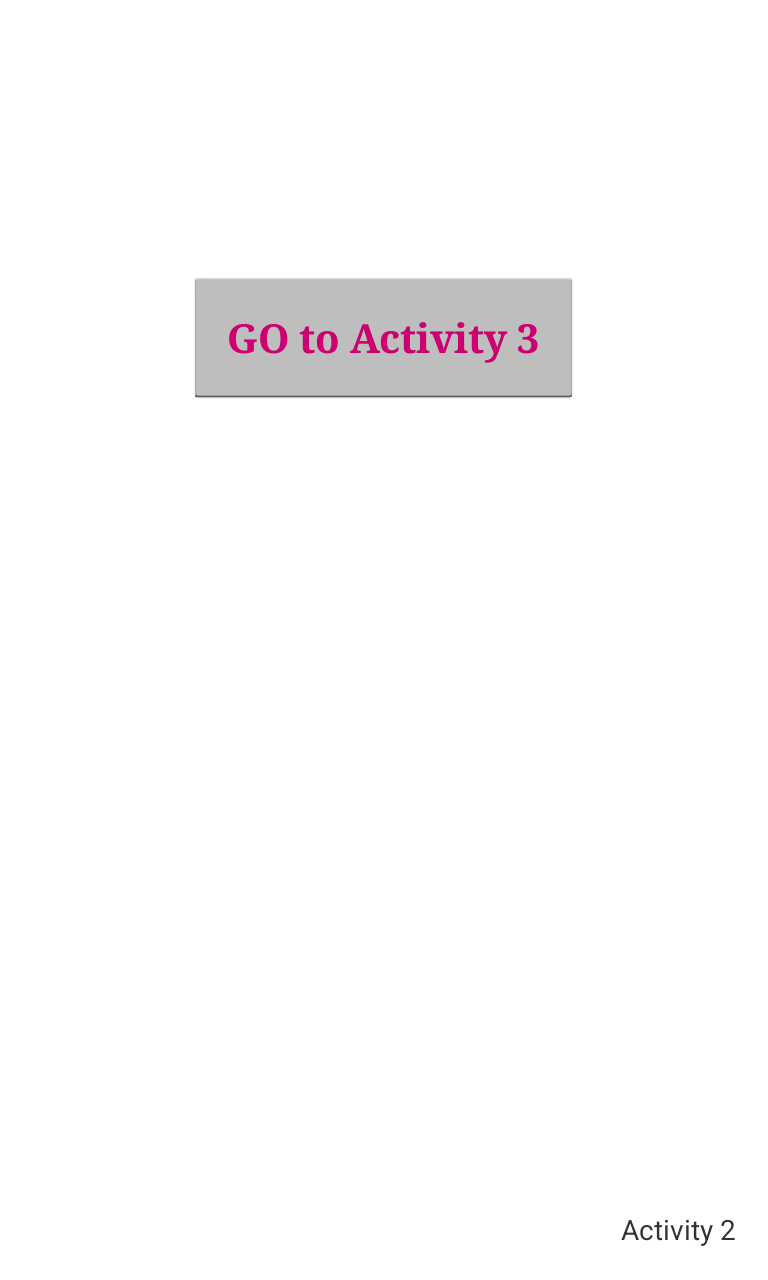
Repository: EnjoyWorkTrue/Spring2014
Layout: CMP464/Assignment3/res/layout/activity_activity2.xml
The author's editor kept a copy of each file at every save. The layout is drawn from the files as they stood at one save, then again after the next save.
It is drawn on a 768 x 1280 px phone screen (xhdpi) without system bars, with theme AppTheme; the app's code is not run.

Above is the layout before, as saved 2014-02-25 22:04:45.

After the next save:
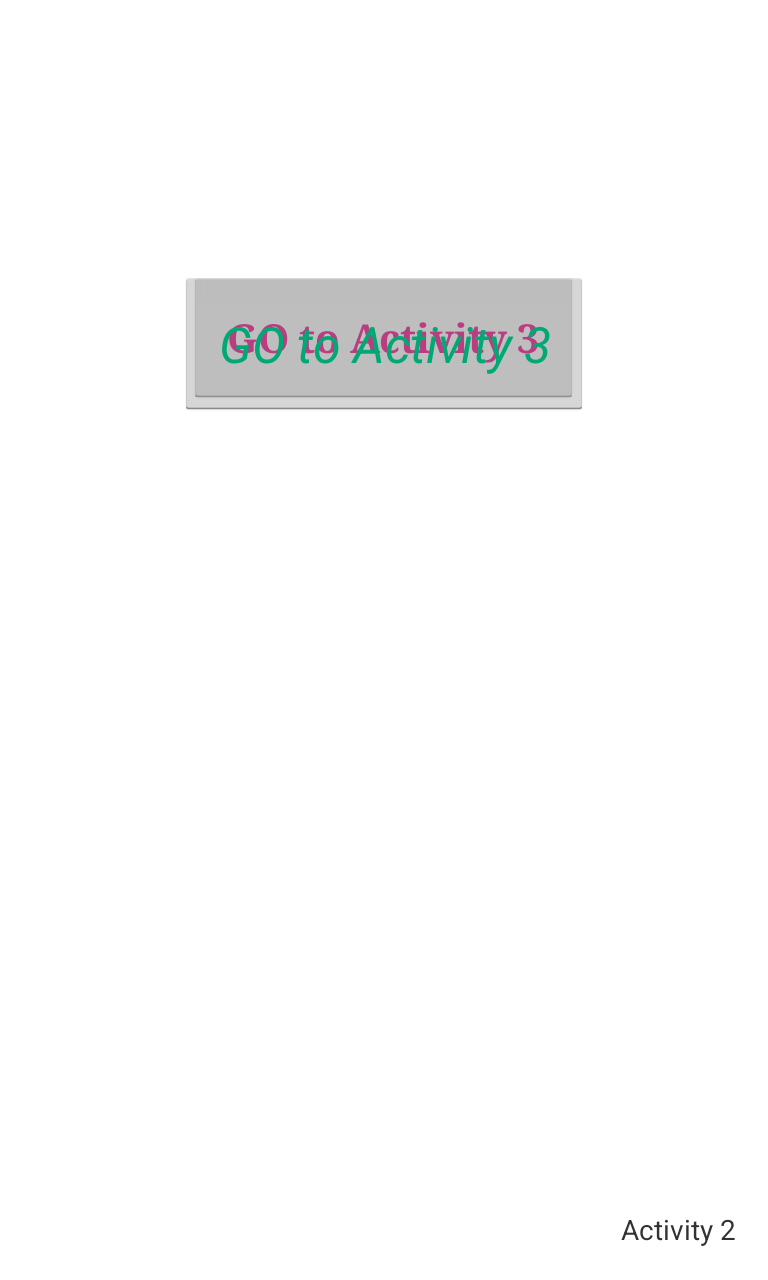
Saved 2 min 51 s later.
--- a/CMP464/Assignment3/res/layout/activity_activity2.xml
+++ b/CMP464/Assignment3/res/layout/activity_activity2.xml
@@ -32,10 +32,10 @@
         android:layout_marginTop="119dp"
         android:padding="20dp"
         android:text="GO to Activity 3"
-        android:textColor="#CE0071"
-        android:textSize="20sp"
-        android:textStyle="bold"
-        android:typeface="serif" />
+        android:textColor="#00A875"
+        android:textSize="25sp"
+        android:textStyle="italic"
+        android:typeface="sans" />
 
 
     <TextView
